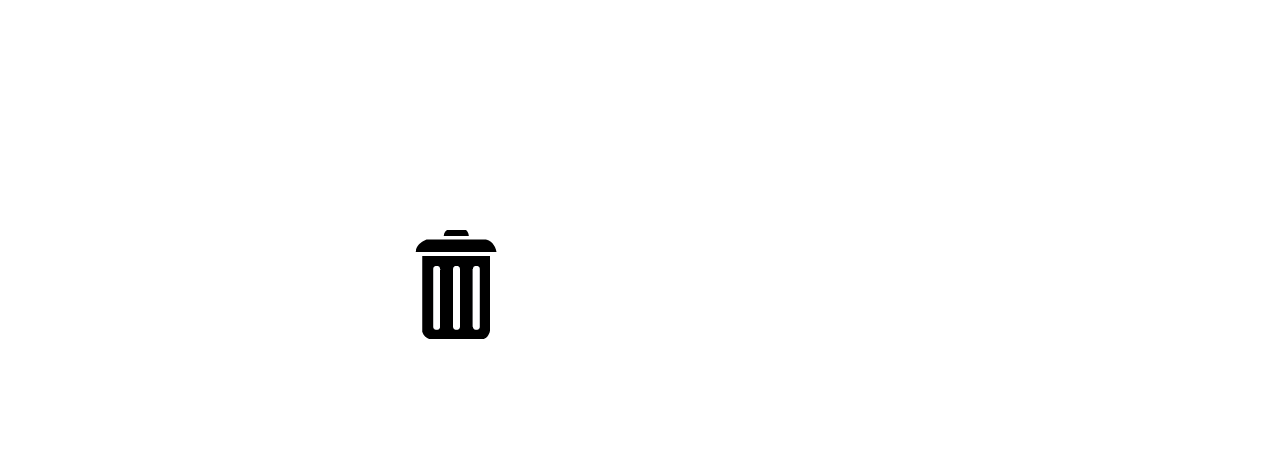
Repository: raghu225/raghu225.github.io
Page: space/index.html
The author's editor kept a record of every edit. The page is drawn from the files as they stood at one moment, then again after the next edit.
The browser window is 1280 px wide. The pictures show the whole page.

Above is the page before.

### space/index.html
<html>

    <head>
        <title>Urvi | Space</title>
        <link href="assets/css/style.css" rel="stylesheet" type="text/css" />
    </head>

    <body>

    <div id="bin">
        <img class="bottom" src="assets/images/opentrashcan.png" />
        <img class="top" src="assets/images/trashcan.png"/>
    </div>

    </body>

</html>

### space/assets/css/style.css
#bin {
  position:absolute;
  height:120px;
  width:90px;
  margin:0 auto;
  top: 50%;
  left: 50%;
  margin-left: -225px;
  margin-top: -141px;
}

#bin img {
  position:absolute;
  left:0;
  bottom: 0;
  -webkit-transition: opacity 1s ease-in-out;
  -moz-transition: opacity 1s ease-in-out;
  -o-transition: opacity 1s ease-in-out;
  transition: opacity 1s ease-in-out;
}

#bin:hover .top {
  opacity:0;
}

.bottom {
  opacity:0;
}

#bin:hover .bottom {
  opacity:1;
}

After the next edit:
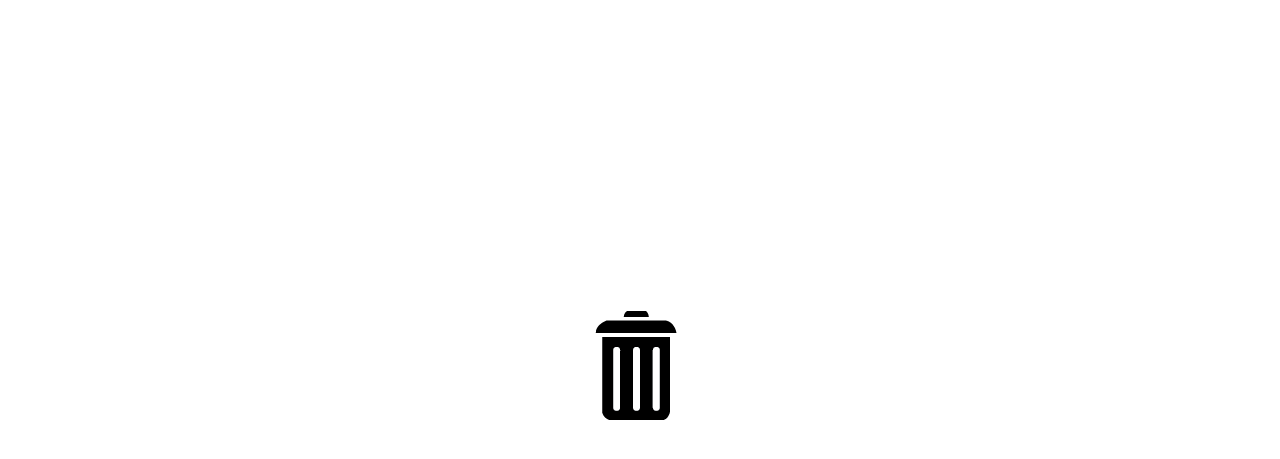
The edit:
--- a/space/assets/css/style.css
+++ b/space/assets/css/style.css
@@ -5,8 +5,8 @@
   margin:0 auto;
   top: 50%;
   left: 50%;
-  margin-left: -225px;
-  margin-top: -141px;
+  margin-left: -45px;
+  margin-top: -60px;
 }
 
 #bin img {
